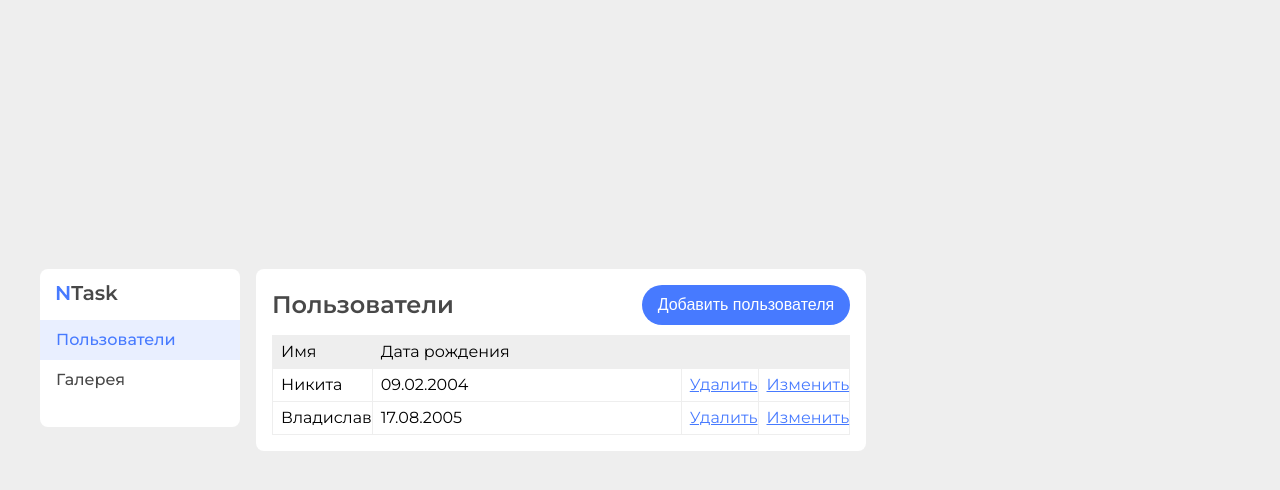
Repository: Grid-Master/NTask
Page: /
These files come from the project's save history. The page is drawn as it stood at one moment and after the next save; the edit follows.
The browser window is 1280 px wide. The pictures show the whole page.
The project was rebuilt for these pictures with package versions that can differ from the ones it lists, and the page was loaded fresh each time. Also part of the build but not shown: src/components/gallery/gallery.sass, src/components/gallery/Gallery.tsx, src/components/updateUser/updateUser.sass, src/components/updateUser/UpdateUser.tsx.

Above is the page before, as saved 2023-06-09 19:52:02.

### public/index.html
<!DOCTYPE html>
<html lang="en">
  <head>
    <meta charset="utf-8" />
    <link rel="icon" href="%PUBLIC_URL%/favicon.ico" />
    <meta name="viewport" content="width=device-width, initial-scale=1" />
    <meta name="theme-color" content="#000000" />
    <meta name="description" content="Web site created using create-react-app" />
    <link rel="apple-touch-icon" href="%PUBLIC_URL%/logo192.png" />
    <link rel="preconnect" href="https://fonts.googleapis.com" />
    <link rel="preconnect" href="https://fonts.gstatic.com" crossorigin />
    <link
      href="https://fonts.googleapis.com/css2?family=Montserrat:wght@300;400;500;600;700&display=swap"
      rel="stylesheet" />
    <link rel="manifest" href="%PUBLIC_URL%/manifest.json" />
    <title>React App</title>
  </head>
  <body>
    <noscript>You need to enable JavaScript to run this app.</noscript>
    <div id="root"></div>
  </body>
</html>

### src/index.tsx
import React from 'react';
import ReactDOM from 'react-dom/client';
import { Provider } from 'react-redux';
import './index.css';
import App from './App';
import { BrowserRouter } from 'react-router-dom';
import store from './store';

const root = ReactDOM.createRoot(document.getElementById('root') as HTMLElement);
root.render(
  <React.StrictMode>
    <BrowserRouter>
      <Provider store={store}>
        <App />
      </Provider>
    </BrowserRouter>
  </React.StrictMode>,
);

### src/index.css
html, body, div, span, applet, object, iframe,
h1, h2, h3, h4, h5, h6, p, blockquote, pre,
a, abbr, acronym, address, big, cite, code,
del, dfn, em, img, ins, kbd, q, s, samp,
small, strike, strong, sub, sup, tt, var,
b, u, i, center,
dl, dt, dd, ol, ul, li,
fieldset, form, label, legend,
table, caption, tbody, tfoot, thead, tr, th, td,
article, aside, canvas, details, embed,
figure, figcaption, footer, header, hgroup,
menu, nav, output, ruby, section, summary,
time, mark, audio, video {
	margin: 0;
	padding: 0;
	border: 0;
	font-size: 100%;
	font: inherit;
	vertical-align: baseline;
}
/* HTML5 display-role reset for older browsers */
article, aside, details, figcaption, figure,
footer, header, hgroup, menu, nav, section {
	display: block;
}
body {
	line-height: 1;
}
ol, ul {
	list-style: none;
}
blockquote, q {
	quotes: none;
}
blockquote:before, blockquote:after,
q:before, q:after {
	content: '';
	content: none;
}
table {
	border-collapse: collapse;
}
body {
  margin: 0;
  font-family: Montserrat;
  background: #EEEEEE;
;
}
input {
	font-family: Montserrat;
}

#root {
	display: flex;
	align-items: center;
	justify-content: center;
	height: 100vh;
}

code {
  font-family: source-code-pro, Menlo, Monaco, Consolas, 'Courier New',
    monospace;
}

### src/App.tsx
import './App.css';
import { FC, useEffect } from 'react';
import Navbar from './components/navabar/Navbar';
import UserList from './components/userList/UserList';
import { Routes, Route, useNavigate } from 'react-router-dom';
import Gallery from './components/gallery/Gallery';
import UpdateUser from './components/updateUser/UpdateUser';

const App: FC = () => {
  const navigate = useNavigate();
  useEffect(() => {
    navigate('/NTask/users');
  }, []);

  return (
    <div className="App">
      <Navbar />
      <Routes>
        <Route path="/NTask/users" element={<UserList />} />
        <Route path="/NTask/users/:id" element={<UpdateUser />} />
        <Route path="/NTask/gallery" element={<Gallery />} />
        <Route path="*" element={<h1>Error</h1>} />
      </Routes>
    </div>
  );
};

export default App;

### src/store/index.ts
import { configureStore } from '@reduxjs/toolkit';
import usersReducer from './usersSlice';
import galleryReducer from './gallerySlice';

const store = configureStore({
  reducer: { usersReducer, galleryReducer },
});

export default store;

export type RootState = ReturnType<typeof store.getState>;
export type AppDispatch = typeof store.dispatch;

### src/App.css
.App {

  width: 100%;
  display: flex;
  align-items:start;
  gap: 16px;
  max-width: 1200px;
  margin: 0 auto;
}

@media screen and (max-width: 1200px) {
  .App {
    flex-direction: column;
    max-width: 1000px;
  }
}
@media screen and (max-width: 1000px) {
  .App {
    max-width: 600px;
    padding: 16px;
  }
}
@media screen and (max-width: 600px) {
  .App {
    max-width: calc(320px - 32px);
  }
}

### src/components/navabar/Navbar.tsx
import { FC } from 'react';
import './navbar.sass';
import { useNavigate, useLocation } from 'react-router-dom';
const logo = require('../../images/logo.png');

const Navbar: FC = () => {
  const navigate = useNavigate();
  const { pathname } = useLocation();

  return (
    <div className="navbar">
      <div className="navbar__imagecontainer">
        <img src={logo} alt="logo" />
      </div>
      <div
        className={pathname.includes('/users') ? 'navbar__item navbar__active' : 'navbar__item'}
        onClick={() => navigate('/NTask/users')}>
        Пользователи
      </div>
      <div
        className={pathname.includes('/gallery') ? 'navbar__item navbar__active' : 'navbar__item'}
        onClick={() => navigate('/NTask/gallery')}>
        Галерея
      </div>
    </div>
  );
};

export default Navbar;

### src/components/userList/UserList.tsx
import React, { FC } from 'react';
import { useNavigate } from 'react-router-dom';
import './userList.sass';
import { useAppDispatch, useAppSelector } from '../../store/hooks';
import { removeUser } from '../../store/usersSlice';

const UserList: FC = () => {
  const navigate = useNavigate();
  const users = useAppSelector((state) => state.usersReducer.users);
  const dispatch = useAppDispatch();

  const updateHandler = (router: string) => {
    navigate(router);
    window.scrollTo(0, 0);
  };

  const deleteHandler = (id: number) => {
    dispatch(removeUser(id));
  };

  return (
    <div className="userList">
      <div>
        <h1 className="userList__title">Пользователи</h1>
        <button className="userList__addUserBtn" onClick={() => updateHandler('createuser')}>
          Добавить пользователя
        </button>
      </div>
      <table className="userList__table">
        <tr className="userList__table-info">
          <td>Имя</td>
          <td>Дата рождения</td>
          <td></td>
          <td></td>
        </tr>
        {users.map((user) => (
          <tr key={user.id}>
            <td>{user.name}</td>
            <td>{`${user.date} `}</td>
            <td className="userList__table-btn" onClick={() => deleteHandler(user.id)}>
              Удалить
            </td>
            <td className="userList__table-btn" onClick={() => updateHandler(`${user.id}`)}>
              Изменить
            </td>
          </tr>
        ))}
      </table>
    </div>
  );
};

export default UserList;

### src/store/usersSlice.ts
import { createSlice, PayloadAction } from '@reduxjs/toolkit';
import { users } from '../data/users';

export interface IUser {
  id: number;
  name: string;
  date: string;
}

const usersSlice = createSlice({
  name: 'users',
  initialState: {
    users: [...users] as IUser[],
  },
  reducers: {
    addUser(state, action: PayloadAction<IUser>) {
      state.users.push(action.payload);
    },
    updateUser(state, action: PayloadAction<IUser>) {
      let updateUser = state.users.find((user) => user.id === action.payload.id);
      if (updateUser) {
        updateUser.name = action.payload.name;
        updateUser.date = action.payload.date;
      }
      state.users = state.users.map((user) => (user.id === updateUser?.id ? updateUser : user));
    },
    removeUser(state, action: PayloadAction<number>) {
      state.users = state.users.filter((user) => user.id !== action.payload);
    },
  },
});

export const { removeUser, updateUser, addUser } = usersSlice.actions;

export default usersSlice.reducer;

### src/store/gallerySlice.ts
import { createSlice, PayloadAction } from '@reduxjs/toolkit';

export interface IPhoto {
  id: number;
  isSelected: boolean;
  file: any;
}

const gallerySlice = createSlice({
  name: 'users',
  initialState: {
    photos: [] as IPhoto[],
  },
  reducers: {
    addPhoto(state, action: PayloadAction<IPhoto>) {
      state.photos.unshift(action.payload);
    },
    pickPhoto(state, action: PayloadAction<number>) {
      const pickedPhoto = state.photos.findIndex((photo) => photo.id === action.payload);
      console.log(pickedPhoto, 'picked');
      if (pickedPhoto !== -1) {
        state.photos[pickedPhoto] = {
          ...state.photos[pickedPhoto],
          isSelected: !state.photos[pickedPhoto].isSelected,
        };
      }
    },
    removePhotos(state) {
      state.photos = state.photos.filter((photo) => !photo.isSelected);
    },
  },
});

export const { addPhoto, pickPhoto, removePhotos } = gallerySlice.actions;

export default gallerySlice.reducer;

### src/components/navabar/navbar.sass
.navbar
    width: 200px
    height: 158px
    background: #FFFFFF
    border-radius: 8px
    &__imagecontainer
        padding: 16px 0
        margin-left: 16px
    &__item
        padding: 8px 16px
        cursor: pointer
        font-weight: 500
        font-size: 16px
        line-height: 150%
        color: #484848
        transition: .3s
        &:hover
            color: #477AFF

    &__active
        background: #E9EFFF
        color: #477AFF

@media screen and (max-width: 600px)
    .navbar
        width: 288px
        height: 158px

### src/components/userList/userList.sass
.userList
    // width: 100%
    background: #FFFFFF
    border-radius: 8px
    padding: 16px
    >div
        display: flex
        align-items: center
        justify-content: space-between
    &__title
        font-weight: 600
        font-size: 24px
        line-height: 150%
        color: #484848
    &__addUserBtn
        font-weight: 500
        font-size: 16px
        line-height: 100%
        color: #FFFFFF
        background: #477AFF
        border-radius: 20px
        padding: 12px 16px
        border: none
        outline: none
        cursor: pointer
        transition: .3s
        &:hover
            opacity: .8
    &__table
        margin-top: 10px
        // width: 952px
        td
            border: 1px solid #EEEEEE
            // width: 238px
            text-align: start
            padding: 8px 0
            padding-left: 8px
        &-btn
            cursor: pointer
            text-decoration-line: underline
            color: #477AFF
            transition: .2s
            text-align: center !important
            &:hover
                opacity: .8
        tr td:nth-child(2)
            width: 300px
        // tr:first-child td:first-child
        //     border-radius: 8px 0 0 0
        // tr:first-child td:last-child
        //     border-radius: 0 8px 0 0
        // tr:last-child td:first-child
        //     border-radius: 0 0 8px 0
        // tr:last-child td:last-child
        //     border-radius: 0 0 0 8px //??
        &-info
            background-color: #EEEEEE
            border-radius: 8px !important

@media screen and (max-width: 1200px)
    .userList
        width: calc( 100% - 32px )
@media screen and (max-width: 600px)
    .userList
        &__table
            display: block
            overflow-x: scroll
            &::-webkit-scrollbar
                // width: 4px
                scroll-margin-top: 5px
                height: 4px
                border: 1px solid #d5d5d5
            &::-webkit-scrollbar-track
                border-radius: 0
                background: #eeeeee
            &::-webkit-scrollbar-thumb
                border-radius: 0
                background: #b0b0b0
                cursor: pointer
        >div
            flex-direction: column
            align-items: start
        &__title
            margin-bottom: 10px

### src/store/hooks.ts
import { useDispatch, useSelector, TypedUseSelectorHook } from 'react-redux';
import type { RootState, AppDispatch } from '../store';

export const useAppDispatch = () => useDispatch<AppDispatch>();
export const useAppSelector: TypedUseSelectorHook<RootState> = useSelector;

### src/data/users.ts
import { IUser } from '../store/usersSlice';

export const users: IUser[] = [
  {
    id: 1,
    name: 'Никита',
    date: '09.02.2004',
  },
  {
    id: 2,
    name: 'Владислав',
    date: '17.08.2005',
  },
];

After the next save:
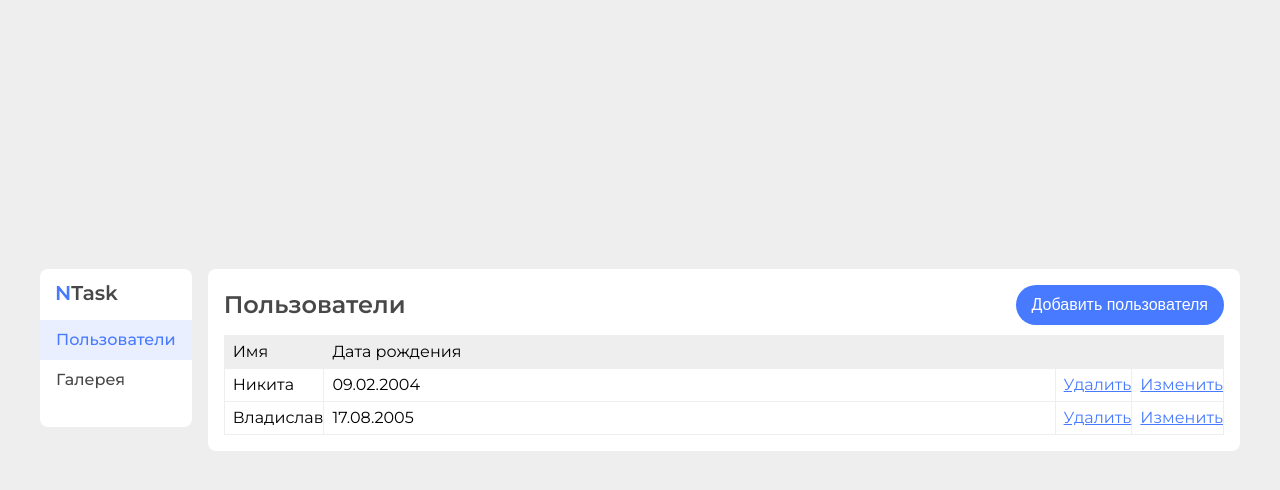
Saved 4 s later.
--- a/src/components/userList/userList.sass
+++ b/src/components/userList/userList.sass
@@ -44,7 +44,7 @@
             &:hover
                 opacity: .8
         tr td:nth-child(2)
-            width: 300px
+            width: 3000px
         // tr:first-child td:first-child
         //     border-radius: 8px 0 0 0
         // tr:first-child td:last-child
